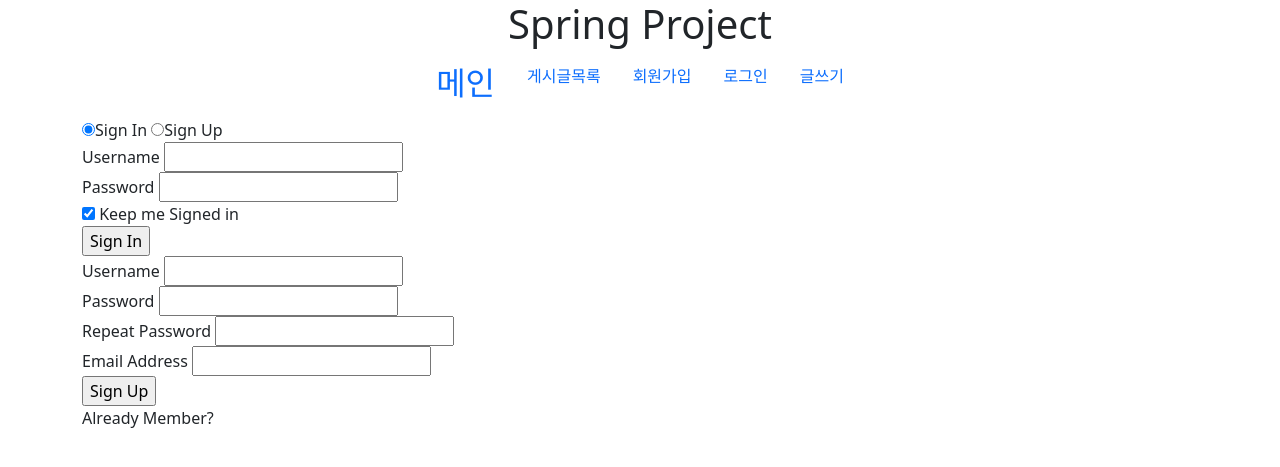
Repository: dtkd19/spring_personal_project
Page: http://localhost/myproject/WEB-INF/views/user/register.jsp
These files come from the project's save history. The page is drawn as it stood at one moment and after the next save; the edit follows.
The browser window is 1280 px wide. The pictures show the whole page.
The page is served by Tomcat 9. Nobody is signed in. The template is opened directly, without the code that normally fills it, so the values that code supplies are empty.

Above is the page before, as saved 2024-11-07 01:14:35.

After the next save:
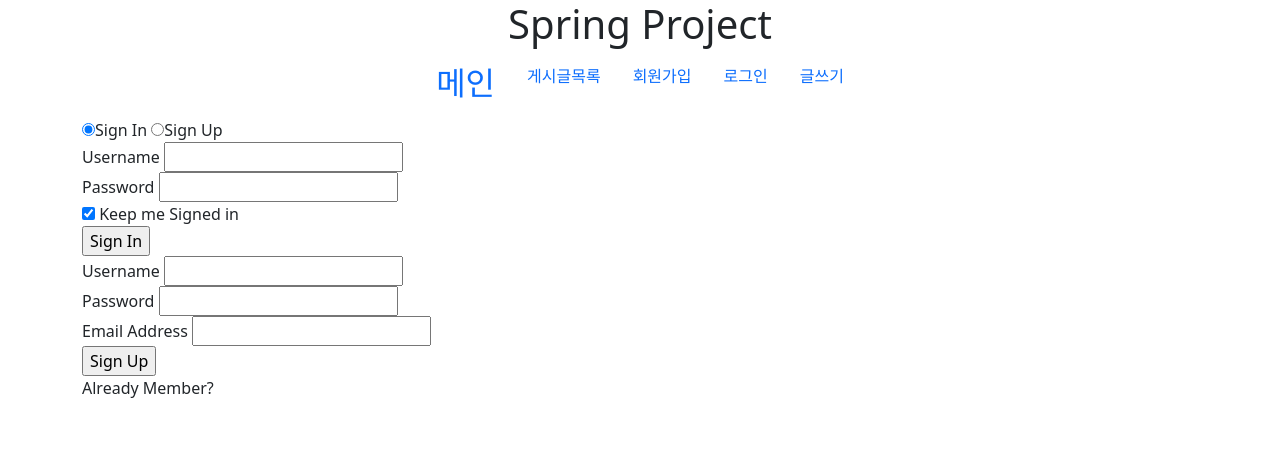
Saved 59 s later.
--- a/myproject/src/main/webapp/WEB-INF/views/user/register.jsp
+++ b/myproject/src/main/webapp/WEB-INF/views/user/register.jsp
@@ -41,10 +41,6 @@
           <input id="pass" type="password" class="input" data-type="password">
         </div>
         <div class="group">
-          <label for="pass" class="label">Repeat Password</label>
-          <input id="pass" type="password" class="input" data-type="password">
-        </div>
-        <div class="group">
           <label for="pass" class="label">Email Address</label>
           <input id="pass" type="text" class="input">
         </div>
